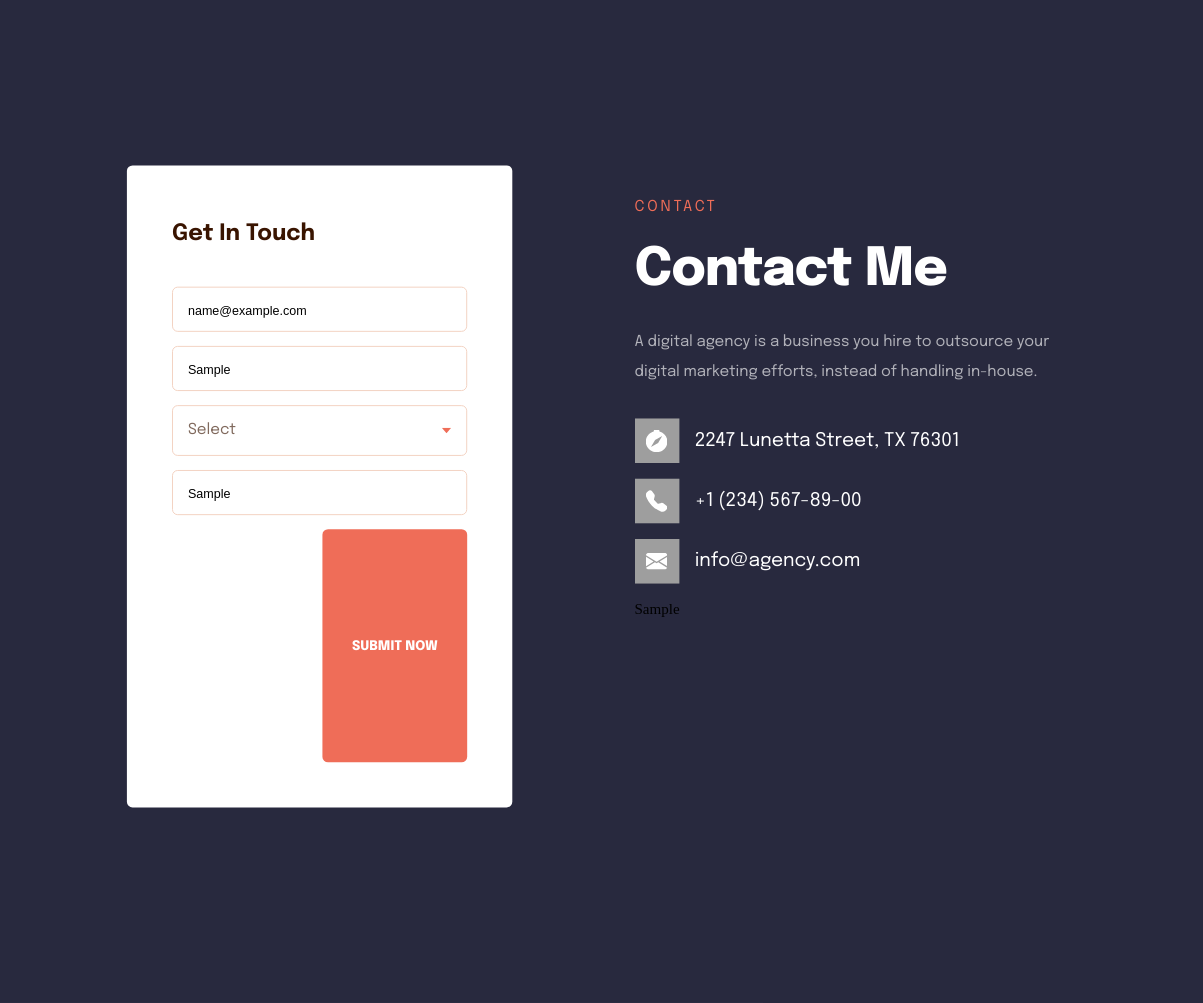
Repository: NatiqSamiyev/form-task-2
Page: index.html
These files come from the project's save history. The page is drawn as it stood at one moment and after the next save; the edit follows.
The browser window is 1280 px wide. The pictures show the whole page, at 94% of full size.
Empty fields were first filled with sample values (such as "Sample", 5 or name@example.com).
After loading, the first visible `form` was submitted once.
Pictures or frames that could not be fetched are drawn as grey boxes. Some web fonts or font styles are not loaded; a fallback is used.

Above is the page before, as saved 2023-10-30 11:23:45.

### index.html
<!DOCTYPE html>
<html lang="en">
  <head>
    <meta charset="UTF-8" />
    <meta name="viewport" content="width=device-width, initial-scale=1.0" />
    <title>Document</title>
    <link rel="stylesheet" href="index.css" />
  </head>
  <body>
    <div class="contact-container">
      <form action="">
        <h1>Get In Touch</h1>
        <label for="">
          <input type="email" placeholder="Your email" class="email-input" />
        </label>

        <label for="">
          <input type="text" placeholder="Subject" class="subject-input" />
        </label>
        <div class="select-option-box">
          <div class="select-box">
            <button type="button">Select</button>
            <svg
              xmlns="http://www.w3.org/2000/svg"
              width="10"
              height="6"
              viewBox="0 0 10 6"
              fill="none"
             >

              <path d="M5 6L10 0H0L5 6Z" fill="#EF6D58" />
            </svg>
          </div>
          <div class="option-box">
            <p>Option 1</p>
            <p>Option 2</p>
          </div>
        </div>

        <label for="">
          <input type="text-message" placeholder="Message" class="message-input"/>

        </label>



        <button class="submit-btn" type="submit">Submit Now</button>
      </form>

      <div class="info-box">
        <div class="text-box">
          <h2>Contact</h2>
          <h3>Contact Me</h3>
          <p>
            A digital agency is a business you hire to outsource your digital
            marketing efforts, instead of handling in-house.
          </p>
        </div>

        <ul>
          <li>
            <img class="image-1" src="./image/Oval.svg" alt="" />
            <img class="image-2" src="./image/Shape.svg" alt="" />
            <p>2247 Lunetta Street, TX 76301</p>
          </li>

          <li>
            <img class="image-1" src="./image/Oval.svg" alt="" />
            <img class="image-2" src="./image/Path.svg" alt="" />
            <p>+1 (234) 567-89-00</p>
          </li>

          <li>
            <img class="image-1" src="./image/Oval.svg" alt="" />
            <img class="image-2" src="./image/Shape (1).svg" alt="" />
            <p>info@agency.com</p>
          </li>
        </ul>

        <br>
        <div class="bottom-box">



        </div>

      </div>
    </div>
  </body>
  <script src="/index.js"></script>
</html>

### index.css
@import url("https://fonts.googleapis.com/css2?family=Epilogue:wght@400;600;700;800&family=Inter:wght@400;500;600;700&family=Laila:wght@700&family=Open+Sans:wght@400;600;700;800&family=Roboto+Slab:wght@700&family=Roboto:wght@400;700&display=swap");

* {
  margin: 0;
  padding: 0;
  box-sizing: border-box;
}

.contact-container {
  width: 100%;
  min-height: 100vh;
  padding: 176px 135px 208px 135px;
  background: #28293e;
  display: flex;
  justify-content: space-between;
}

form {
  width: 570px;
  padding: 57px 48px 48px 48px;
  border-radius: 6px;
  background: #fff;
  display: flex;
  flex-direction: column;
  gap: 15px;
}

form h1 {
  margin-bottom: 25px;
  color: var(--Text_Dark, #391400);
  font-feature-settings: "clig" off, "liga" off;
  font-family: Epilogue;
  font-size: 24px;
  font-style: normal;
  font-weight: 700;
  line-height: 32px;
}

label {
  width: 100%;
}

input {
  width: 100%;
  height: 48px;
  padding: 9px 15px 7px 16px;
  border-radius: 6px;
  border: 1px solid #f3d1bf;
  background: #fff;
}

.text-message {
  height: 128px;
  padding: 9px 16px 87px 16px;
  margin-bottom: 5px;
}

form .submit-btn {
  width: 154px;
  margin-left: auto;
  height: 248px;
  border-radius: 6px;
  background: #ef6d58;
  border: none;
  color: #fff;
  text-align: center;
  font-family: Epilogue;
  font-size: 14px;
  font-style: normal;
  font-weight: 900;
  line-height: normal;
  text-transform: uppercase;
}

.info-box {
  margin-left: 130px;
  padding: 28px 0 58px 0;
}

.text-box {
  width: 470px;
  margin-bottom: 33px;
}

h2 {
  margin-bottom: 20px;
  color: var(--Text_Light_Accent, #ef6d58);
  font-feature-settings: "clig" off, "liga" off;
  font-family: Epilogue;
  font-size: 16px;
  font-style: normal;
  font-weight: 400;
  line-height: 32px;
  letter-spacing: 3px;
  text-transform: uppercase;
}

h3 {
  margin-bottom: 28px;
  color: var(--Text_Light, #fff);
  font-feature-settings: "clig" off, "liga" off;
  font-family: Epilogue;
  font-size: 56px;
  font-style: normal;
  font-weight: 800;
  line-height: 64px;
  letter-spacing: -1px;
}

.text-box p {
  color: var(--Text_Light_Gray, rgba(255, 255, 255, 0.64));
  font-feature-settings: "clig" off, "liga" off;
  font-family: Epilogue;
  font-size: 16px;
  font-style: normal;
  font-weight: 400;
  line-height: 32px;
}

ul li {
  list-style-type: none;
  display: flex;
  align-items: center;
}

.image-1 {
  width: 48px;
  height: 48px;
  fill: #ef6d58;
  position: relative;
}

.image-2 {
  width: 23px;
  height: 24px;
  fill: #fff;
  position: absolute;
  margin-left: 12px;
  /* margin-bottom: 0px; */
}

ul li p {
  margin-left: 16px;
  color: var(--Text_Light, #fff);
  font-feature-settings: "clig" off, "liga" off;
  font-family: Epilogue;
  font-size: 20px;
  font-style: normal;
  font-weight: 400;
  line-height: 32px;
}

ul li:nth-child(2) {
  margin-top: 16px;
}

ul li:last-child {
  margin-top: 16px;
}

.select-box {
  border-radius: 6px;
  border: 1px solid #f3d1bf;
  background: #fff;
  position: relative;
}
.select-box button {
  width: 100%;
  height: 100%;
  padding: 10px 16px;
  background: none;
  border: none;
  color: var(--Text_Dark_Gray, rgba(57, 20, 0, 0.64));
  font-feature-settings: "clig" off, "liga" off;

  /* Text */
  font-family: Epilogue;
  font-size: 16px;
  font-style: normal;
  font-weight: 400;
  line-height: 32px; /* 200% */
  text-align: start;
}
.select-box svg {
  position: absolute;
  right: 16px;
  top: 50%;
  transform: translateY(-50%);
}
.option-box {
  border: 1px solid gray;
  border-radius: 5px;
  padding: 10px;
  margin-top: 5px;
  display: none;
}
.active {
  display: block;
}
.rotate {
  transform: rotate(180deg) translateY(-50%);
}

### index.js
let btn = document.querySelector(".submit-btn");
let form = document.querySelector("form");
let emailInput = document.querySelector(".email-input");
let subjectInput = document.querySelector(".subject-input");
let messageInput = document.querySelector(".message-input");
let selectBtn= document.querySelector('.select-box button')
let optionBox =document.querySelector('.option-box')
let selectSvg= document.querySelector('.select-box svg')
let bottomBox=document.querySelector('.bottom-box')



// btn.addEventListener("click", submitForm);
form.addEventListener("submit", submitForm);

function submitForm(a) {
  a.preventDefault();
   let p=document.createElement('p')
    p.innerText=subjectInput.value
    bottomBox.append(p)

}

// select action
selectBtn.addEventListener('click',showOption)
function showOption() {
  // optionBox.style.display= 'block'
  optionBox.classList.toggle('active')
  selectSvg.classList.toggle("rotate")
}

After the next save:
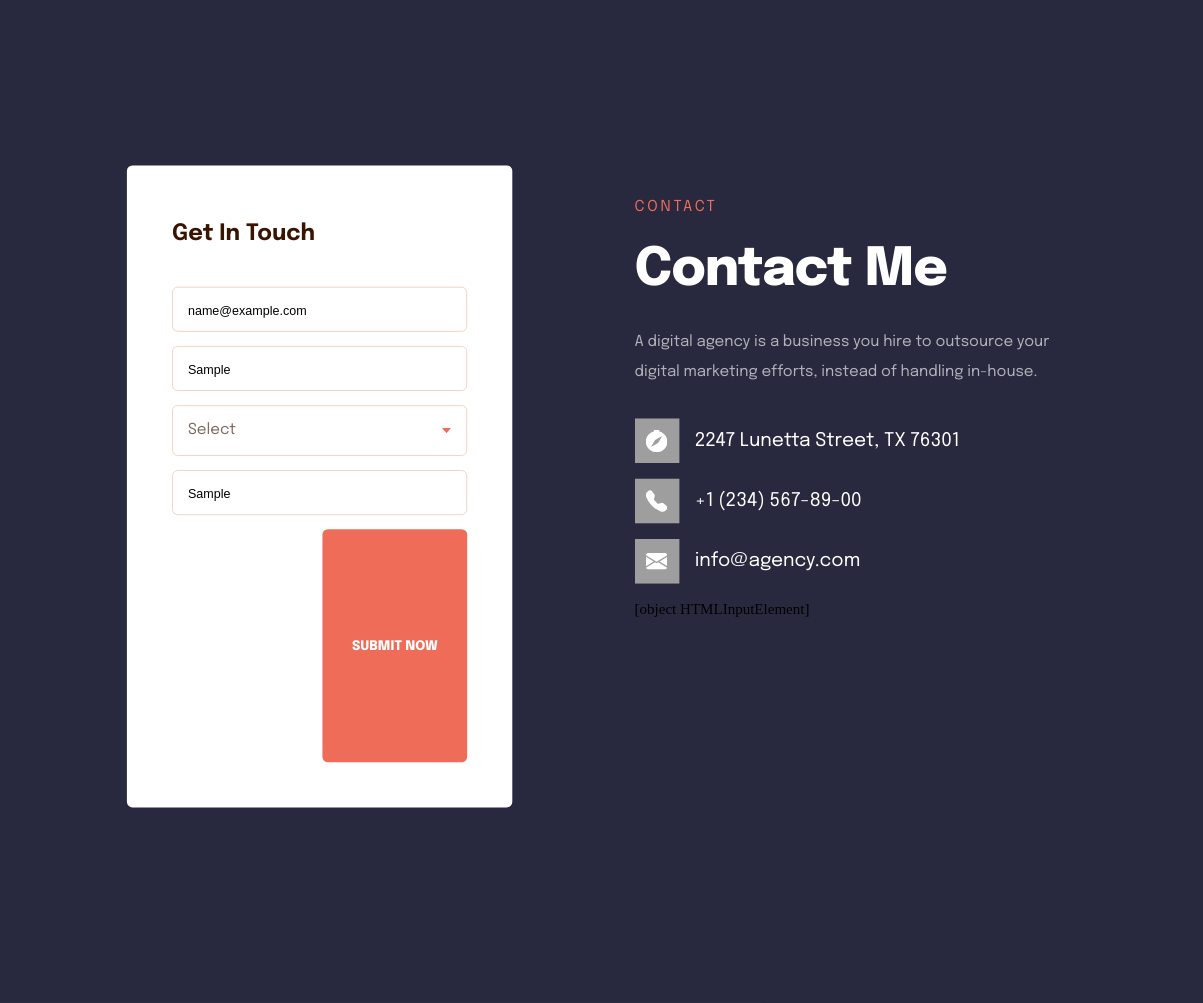
Saved 29 s later.
--- a/index.js
+++ b/index.js
@@ -16,7 +16,7 @@
 function submitForm(a) {
   a.preventDefault();
    let p=document.createElement('p')
-    p.innerText=subjectInput.value
+    p.innerText=subjectInput
     bottomBox.append(p)
 
 }
